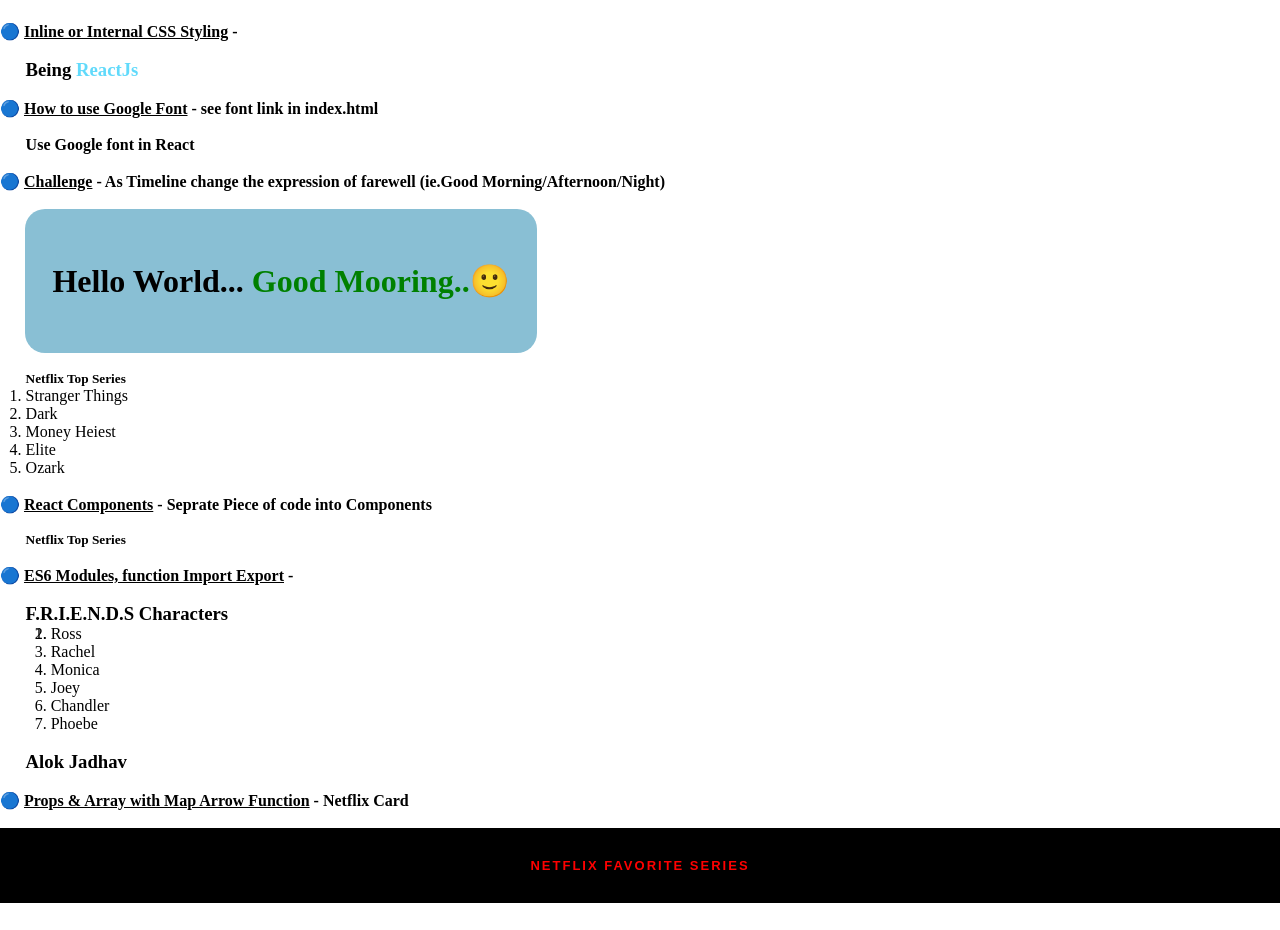
Repository: AalokJadhav/Being_ReactJS
Page: /
These files come from the project's save history. The page is drawn as it stood at one moment and after the next save; the edit follows.
The browser window is 1280 px wide. The pictures show the part of the page from y = 728 to 1658 px (the page is 3187 px tall).
Pictures or frames that could not be fetched are drawn as grey boxes. Some web fonts or font styles are not loaded; a fallback is used. The project was rebuilt for these pictures with package versions that can differ from the ones it lists, and the page was loaded fresh each time.

Above is the page before, as saved 2021-10-19 16:00:44.

### public/index.html
<!DOCTYPE html>
<html lang="en">

<head>
  <meta charset="utf-8" />
  <link rel="icon" href="%PUBLIC_URL%/favicon.ico" />
  <meta name="viewport" content="width=device-width, initial-scale=1" />
  <meta name="theme-color" content="#000000" />
  <meta name="description" content="Web site created using create-react-app" />
  <link rel="apple-touch-icon" href="%PUBLIC_URL%/logo192.png" />
  <!--
      manifest.json provides metadata used when your web app is installed on a
      user's mobile device or desktop. See https://developers.google.com/web/fundamentals/web-app-manifest/
    -->
  <link rel="manifest" href="%PUBLIC_URL%/manifest.json" />
  <link rel="preconnect" href="https://fonts.googleapis.com">
  <link rel="preconnect" href="https://fonts.gstatic.com" crossorigin>
  <link rel="preconnect" href="https://fonts.googleapis.com">
  <link rel="preconnect" href="https://fonts.gstatic.com" crossorigin>
  <link href="https://fonts.googleapis.com/css2?family=Festive&display=swap" rel="stylesheet">
    <!--
      Notice the use of %PUBLIC_URL% in the tags above.
      It will be replaced with the URL of the `public` folder during the build.
      Only files inside the `public` folder can be referenced from the HTML.

      Unlike "/favicon.ico" or "favicon.ico", "%PUBLIC_URL%/favicon.ico" will
      work correctly both with client-side routing and a non-root public URL.
      Learn how to configure a non-root public URL by running `npm run build`.
    -->
  <title>Being React</title>
</head>

<body>
  <noscript>You need to enable JavaScript to run this app.</noscript>
  <div id="root"></div>
  <!--
      This HTML file is a template.
      If you open it directly in the browser, you will see an empty page.

      You can add webfonts, meta tags, or analytics to this file.
      The build step will place the bundled scripts into the <body> tag.

      To begin the development, run `npm start` or `yarn start`.
      To create a production bundle, use `npm run build` or `yarn build`.
    -->
</body>

</html>

### src/index.js
// var React = require ('react');
// var ReactDom = require ('react-dom');

import React from 'react';
import ReactDom from 'react-dom';
import './index.css';
import App from './App';


ReactDom.render(<App />, document.getElementById('root'));

### src/index.css

*{margin: 0; padding: 0; box-sizing: border-box;};


.h3 {
  padding-left: 0%;
}
/* Style the header with a grey background and some padding */
.header {
  overflow: hidden;
  background-color: black;
  padding: 20px 10px;
}

/* Style the header links */
.header a {
  float: left;
  color: #fff;
  text-align: center;
  padding: 12px;
  text-decoration: none;
  font-size: 18px;
  line-height: 25px;
  border-radius: 4px;
}

/* Style the logo link (notice that we set the same value of line-height and font-size to prevent the header to increase when the font gets bigger */
.header a.logo {
  font-size: 25px;
  font-weight: bold;
  font-family: cursive;
  color: #61dafb;
}

/* Style the active/current link*/
.active {
  line-height: 50px;
}

/* Float the link section to the right */
.header-right {
  float: right;
}

.heart {
	font-size: 25px;
	color: #e00;
	animation: beat .25s infinite alternate;
	transform-origin: center;
}

/* Heart beat animation */
@keyframes beat{
	to { transform: scale(1.4); }
}

.googlefont {
  font-family: 'Festive', cursive;
}
/* Add media queries for responsiveness - when the screen is 500px wide or less, stack the links on top of each other */
@media screen and (max-width: 500px) {
  .header a {
    float: none;
    display: block;
    text-align: left;
  }
  .header-right {
    float: none;
  }
}

.img_div img{
  width: 33%;
  height: 5%;
  margin: auto;
  padding-left: 2%;
}

.content {
  padding-left: 2%;
}

.challenge1 {
  background-color: rgb(137, 191, 212);
  width: 40%;
  height: 20vh;
  display: flex;
  justify-content: center;
  align-items: center;
  margin-top: -0px;
  margin-left: 25px;
  border-radius: 20px;
}

.heading_styleN  {
  padding: 30px 0;
  text-align: center;
  font-family: "Raleway", sans-serif;
  text-transform: uppercase;
  font-size: 13px;
  letter-spacing: 2px;
  font-weight: 5000;
  color: red;
  background-color: black;
  font-size: 1.rem;
  margin-bottom: -50px;
}

.heading_styleA  {
  padding: 30px 0;
  padding-left: 90px;
  text-align: left;
  font-family: "Raleway", sans-serif;
  text-transform: uppercase;
  font-size: 13px;
  letter-spacing: 2px;
  font-weight: 5000;
  color: white;
  background-color: #0f79af;
  font-size: 1.rem;
  margin-bottom: -50px;
}

.primelogo {
  height: 29px;
  float: right;
  padding-right: 90px;


}

.cards {
  width: 100%;
  height: auto;
}

.card {
  margin: 6%;
  transition: all 0.4s cubic-bezier(0.175, 0.885, 0, 1);
  width: 21.25%;
  border-radius: 12px;
  background-color: red;
  box-shadow: 0px 13px 10px -7px rgb(0, 0, 0, 0.1);
  float: left;
}

.card:hover {
  box-shadow: 0px 30px 18px  -8px  rgb(0, 0, 0, 0.1);
  transform: scale(1.05, 1.05);
  background-color: green;

}
.card__img {
  width: 100%;
  height: 300px;
  border-top-left-radius: 12px;
  border-top-right-radius: 12px;

}

.card__info {
  background-color: #fff;
  border-bottom-left-radius: 12px;
  border-bottom-left-radius: 12px;
  background-color: #fff;
}

.card__category {
  font-family: "Raleway", sans-serif;
  text-transform: uppercase;
  font-size: 13px;
  letter-spacing: 2px;
  font-weight: 500;
  color: #868686;
  background-color: #fff;


}

.card__title {
  margin-top: 5px;
  margin-bottom: 10px;
  text-transform: capitalize;
  font-family: "Raleway", sans-serif;
  background-color: #fff;

}

button {
  padding: 5px 8px;
  font-family: "Raleway", sans-serif;
  text-transform: uppercase;
  font-size: 13px;
  letter-spacing: 2px;
  font-weight: 1000;
  color: red;
  background-color: #fff;
  outline: none;
  border: 1px solid black;
  cursor: pointer;
}

### src/App.js
import React from "react";
import './index.css';

import Navbar from './Header'
import List from "./List";
import CurrentDate from "./CurrentDate";
import RandomImages from "./RandomImages";
import InlineCss from "./InlineCss";
import SimpleGreeting from './SimpleGreeting';
import GoogleFont from "./GoogleFont";
import RComponents from "./RComponents";
import NetflixCard from "./NetflixCard";
import IfElse from "./IfElse";


function App() {

  return (
    <>
      <Navbar /><br /><br /><br /><br />
      <h4>Hello  World From ReactJS...✋</h4><br />
      <CurrentDate />
      <RandomImages />
      <InlineCss /> <br />
      <GoogleFont />
      <SimpleGreeting />
      <List />
      <RComponents />
      <NetflixCard />
      <IfElse />
    </>
  );
}



export default App;


//In Pure JavaScript
var h3 = document.createElement('h3');
h3.innerHTML = 'Hello  World From Pure JavaScript...❤❤❤';
document.getElementById('root').appendChild(h3);

### src/Header.jsx
import React from "react";




function Navbar() {

  return (
    <>
    <div className="header">
        <a href="#default" className="logo"><span style={{ color: 'white'}}>Being</span> &nbsp;
        <img src="data:[embedded picture, 514 characters]" alt="" height="20"  />
           &nbsp; React</a>
      <div className="header-right">
        <h5 className="active" style={{ color: 'white'}}>Made with <span className="heart">&#x2665;</span> by Alok Jadhav</h5>
        </div>
      </div>
    </>
  );
}
export default Navbar;

### src/List.jsx
import React from "react";
import './index.css';
import Title from "./Title";

function List() {
  return (
    <>
      <Title />
      <div className="content">

        <ol>
          <li>Stranger Things</li>
          <li>Dark</li>
          <li>Money Heiest</li>
          <li>Elite</li>
          <li>Ozark</li>
        </ol>
      </div>
      <br />
    </>
  );
}

export default List;

### src/CurrentDate.jsx
import React from "react";


const fullDate = new Date();
const date = fullDate.toLocaleDateString();
const time = fullDate.toLocaleTimeString();


function CurrentDate() {
    return (
        <>
        <h4>🔵 <u>Display Current date and time in JSX</u> -</h4><br />
        <div className="content">
          <p>Current Date is {`${date}`} </p>
          <p>Current Time is {`${time} `} </p>
        </div>
        <br />
        </>
    );
  }

export default CurrentDate;

### src/RandomImages.jsx
import React from "react";
import './index.css';

const RandomImgUrl = 'https://picsum.photos/2000';
const RandomImgUrl1 = 'https://picsum.photos/900';
const RandomImgUrl2 = 'https://picsum.photos/800';

function RandomImages() {
  return (
    <>
    <h4>🔵 <u>JSX Attributes for random image</u> -</h4><br />
  <div className="img_div">
    <img src={RandomImgUrl} alt='random image1' />
    <img src={RandomImgUrl1} alt='random image2' />
    <img src={RandomImgUrl2} alt='random image3' />
  </div>
  <br />
  </>
  );
}

export default RandomImages;

### src/InlineCss.jsx
function InlineCss() {
    return (
        <>
            <h4 >🔵 <u>Inline or Internal CSS Styling</u> -</h4><br/>
            <div className="content">
            <h3>Being <span style={{ color: '#61dafb', fontFamily: 'serif' }}>ReactJs</span> </h3>
            </div>
        </>
    )
}

export default InlineCss;

### src/SimpleGreeting.jsx
const CurrDate = new Date(2021, 14, 10, 9);
const hour = CurrDate.getHours();
let greeting = '';

const cssStyle = {}

if (hour >= 1 && hour < 12) {
    greeting = 'Good Mooring..🙂';
    cssStyle.color = 'green';
} else if (hour >= 12 && hour < 19) {
    greeting = 'Good Afternoon..🙄';
    cssStyle.color = 'orange';
} else {
    greeting = 'Good Night..😴';
}

function SimpleGreeting() {
    return (
        <>
            <h4>🔵 <u>Challenge</u> - As Timeline change the expression of farewell (ie.Good Morning/Afternoon/Night)</h4><br />
            <div className="challenge1">
                <h1>Hello World...<span style={cssStyle}> {greeting}</span></h1>
            </div>
            <br />
        </>
    )
}

export default SimpleGreeting;

### src/GoogleFont.jsx
import React from "react";
import './index.css';


function GoogleFont() {
  return (
    <>
    <h4>🔵 <u>How to use Google Font</u> -  see font link in index.html </h4><br/>
  <div className="content">
    <h4 className="googlefont">Use Google font in React </h4>
  </div>
  <br />
  </>
  );
}

export default GoogleFont;

### src/RComponents.jsx
import React from 'react';
import Title from './Title';
import AllCharacter from './AllCharacter';

function RComponents() {
    return (
        <>
            <h4>🔵 <u>React Components</u> - Seprate Piece of code into Components</h4><br />
            <Title />
            <br />
            <AllCharacter />
            <br />
        </>
    )
}

export default RComponents;

### src/NetflixCard.jsx
import React from "react";
import Card from "./Card";
import Sdata from "./Sdata";

function NetflixCard() {

    return (
        <>
            <h4>🔵 <u>Props & Array with Map Arrow Function</u> - Netflix Card</h4><br />
            <h1 className="heading_styleN" >Netflix Favorite  Series</h1>
            {Sdata.map((val, index) => {
                console.log(index);
                return (
                    <Card
                        key={val.id}
                        imgsrc={val.imgsrc}
                        title={val.title}
                        sname={val.sname}
                        link={val.link} />
                )
            })
            }
        </>
    )
}

export default NetflixCard;

### src/IfElse.jsx
import React from "react";
import Card from "./Card";
import Sdata from "./Sdata";


const FavSeries = 'netflix';

function IfElse() {
    if (FavSeries === 'netflix') {
        return (
            <>
            <h4>🔵 <u>If Else Statement</u> - Netflix Card</h4><br />
            <h1 className="heading_styleA" >Amazon Originals <img className="primelogo" src='https://upload.wikimedia.org/wikipedia/commons/thumb/1/11/Amazon_Prime_Video_logo.svg/800px-Amazon_Prime_Video_logo.svg.png'></img> </h1>
            <Card
                key={Sdata[1].id}
                imgsrc={Sdata[1].imgsrc}
                title={Sdata[1].title}
                sname={Sdata[1].sname}
                link={Sdata[1].link} />
        </>
        )
    }
}

export default IfElse;

### src/Title.jsx
import React from "react";


function Title() {
    return (
        <div className="content">
            <h5>Netflix Top Series</h5>
        </div>

    )
}



export default Title;

### src/AllCharacter.jsx
// import { FullName } from './FullName';



const Characters = ['Ross', 'Rachel', 'Monica', 'Joey', 'Chandler', 'Phoebe'];
const AllCharacters = [];

let name = 'Alok Jadhav';
const Myname = name

Characters.forEach(function (data) {
  AllCharacters.push(<li>{data}</li>);
});

function AllCharacter() {
  return (
    <>
      <h4>🔵 <u>ES6 Modules, function Import Export</u> - </h4><br />
      <div className="content">
        <h3>F.R.I.E.N.D.S Characters</h3>
        <ol className="content">
          <li>{AllCharacters}</li>
        </ol>
        <br />
        <h3>{Myname}</h3>
      </div>
    </>
  )
}

export default AllCharacter;

### src/Card.jsx
import React from "react";
import Images from "./CardImages";
import NcardHeading from "./NcardHeading";

function Card(props) {
    return (
      <>
        <div className="cards">
          <div className="card">
            <Images  imgsrc={props.imgsrc}/>
            <div className="card__info">
              <span className="card__category">{props.title}</span>
              <NcardHeading sname={props.Sname} />
              <a href={props.link} target="_blank" rel="noreferrer">
                <button>Watch Now</button>
              </a>
            </div>
          </div>
        </div>
      </>
    )
  }

  export default Card;

### src/Sdata.jsx
const Sdata = [
  {
    id: 1,
    imgsrc:
      "http://cdn.shopify.com/s/files/1/0151/0741/products/pg1004_1024x1024.jpg?v :1578633269",
    title: "A Netflix Series",
    sname: "F.R.I.E.N.D.S",
    link: "https://www.netflix.com/in/title/70153404",
  },
  {
    id: 2,
    imgsrc: "https://talenthouse-res.cloudinary.com/image/upload/c_limit,fl_progressive,h_1280,w_1280/v1542188034/user-849291/submissions/mfa0no5fxv0d2t40jgpt.jpg",
    title: "The Amazon Original",
    sname: "Mirzapur",
    link: "https://www.primevideo.com/detail/Mirzapur/0PDOKMV9CRLOMO5EUKNCUJLG4Q",
  },
  {
    id: 3,
    imgsrc: "https://wallpapercave.com/wp/wp4056407.jpg",
    title: "A Netflix Series",
    sname: "Dark",
    link: "https://www.netflix.com/in/title/80100172",
  },
  {
    id: 4,
    imgsrc: "https://i1.wp.com/urbanasian.com/wp-content/uploads/2021/01/C5171E29-D5A4-4E14-99B2-CA462FC48FA2.png?fit=525%2C453&ssl=1",
    title: "The Amazon Original",
    sname: "The Family Man",
    link: "https://www.primevideo.com/detail/The-Family-Man/0H3DDB4KBJFNDCKKLHNRLRLVKQ",
  },
  {
    id: 5,
    imgsrc: "https://wallpapercave.com/wp/wp1839578.jpg",
    title: "A Netflix Series",
    sname: "Stranger Things",
    link: "https://www.netflix.com/in/title/80057281",
  },
  {
    id: 6,
    imgsrc: "https://www.91-cdn.com/hub/wp-content/uploads/2021/07/Paatal-Lok-highest-rated-Hindi-web-series-to-watch-on-Amazon-Prime-Video.jpg?tr=q-100",
    title: "The Amazon Original",
    sname: "Paatal Lok",
    link: "https://www.primevideo.com/detail/Paatal-Lok/0G9IEOHCN8KMY6COD9ILGH7IY5",
  },
];

export default Sdata;

### src/CardImages.jsx
import React from "react";

const Images = (props) => {
    return <img src={props.imgsrc} alt="friends" className="card__img"  />

};

export default Images;

### src/NcardHeading.jsx
import React from "react";

const NcardHeading = (props) => {
  return  <h3 className="card__title">{props.Sname}</h3>
}

export default NcardHeading;

After the next save:
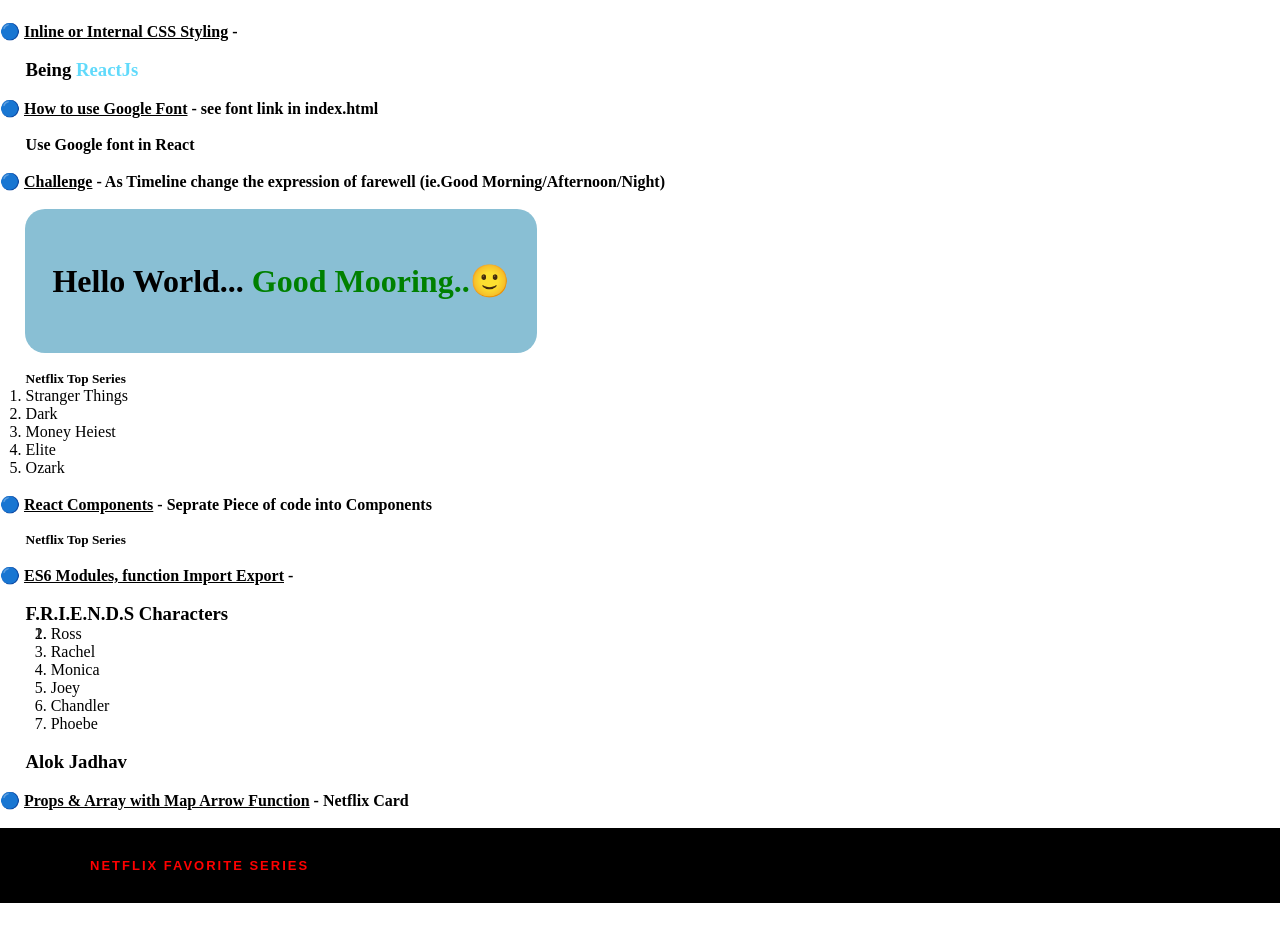
Saved 101 s later.
--- a/src/index.css
+++ b/src/index.css
@@ -94,7 +94,8 @@
 
 .heading_styleN  {
   padding: 30px 0;
-  text-align: center;
+  padding-left: 90px;
+  text-align: left;
   font-family: "Raleway", sans-serif;
   text-transform: uppercase;
   font-size: 13px;
@@ -106,6 +107,12 @@
   margin-bottom: -50px;
 }
 
+.netflixlogo {
+  height: 29px;
+  float: right;
+  padding-right: 90px;
+
+}
 .heading_styleA  {
   padding: 30px 0;
   padding-left: 90px;
@@ -125,8 +132,6 @@
   height: 29px;
   float: right;
   padding-right: 90px;
-
-
 }
 
 .cards {
